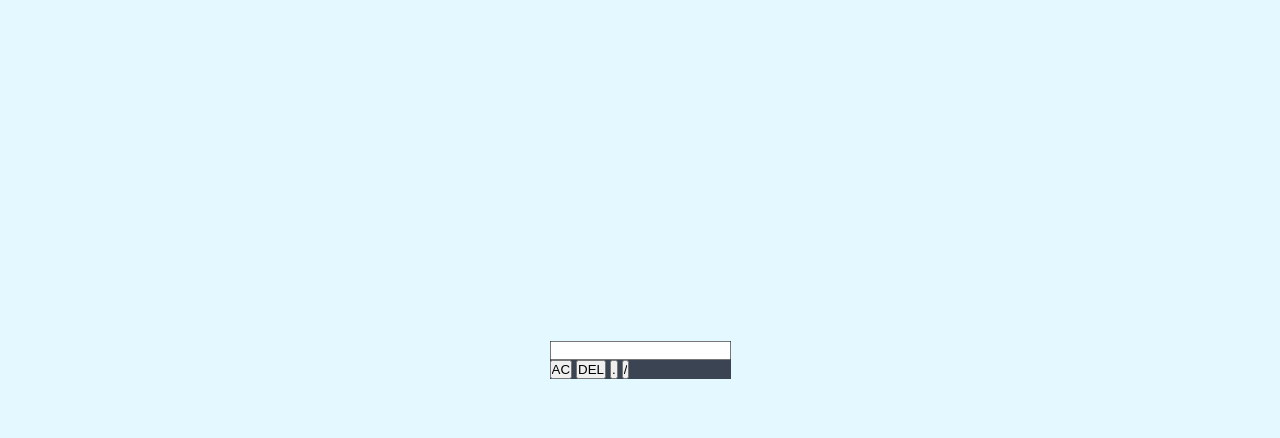
Repository: isaacCodes1/Calculator
Page: index.html
An editor plug-in stored every save of this project. The page is shown before and after a run of saves, followed by the edit.
The browser window is 1280 px wide. The pictures show the whole page.

Above is the page before, as saved 2024-04-01 18:14:35.

### index.html
<!DOCTYPE html>
<html lang="en">
<head>
    <meta charset="UTF-8">
    <meta name="viewport" content="width=device-width, initial-scale=1.0">
    <title>Calculator with JavaScript.</title>
    <link rel="stylesheet" href="style.css">
</head>
<body>
    <div class="container">
        <div class="calculator">
            <form>
                <div>
                    <input type="text" name="display">
                </div>
                <div>
                    <input type="button" value="AC">
                    <input type="button" value="DEL">
                    <input type="button" value=".">
                    <input type="button" value="/">

                </div>
            </form>
        </div>
    </div>
</body>
</html>

### style.css
*{
    margin: 0;
    padding: 0;
    box-sizing: border-box;
}
.container{
    width:100%;
    height: 100vh;
    background: #e3f9ff;
    display: flex;
    align-items: center;
    justify-content: center;
}
.calculator{
    background: #3a4452;
}

After the next 4 saves:
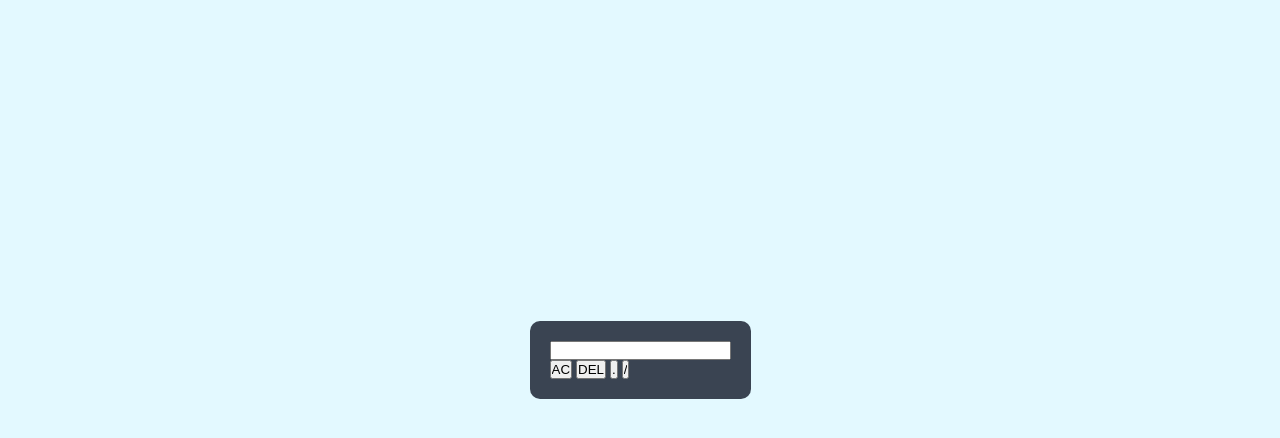
The 4 saves are shown as one change because they came seconds apart.
The last was saved 14 s later.
--- a/style.css
+++ b/style.css
@@ -13,4 +13,6 @@
 }
 .calculator{
     background: #3a4452;
+    padding: 20px;
+    border-radius: 10px;
 }
